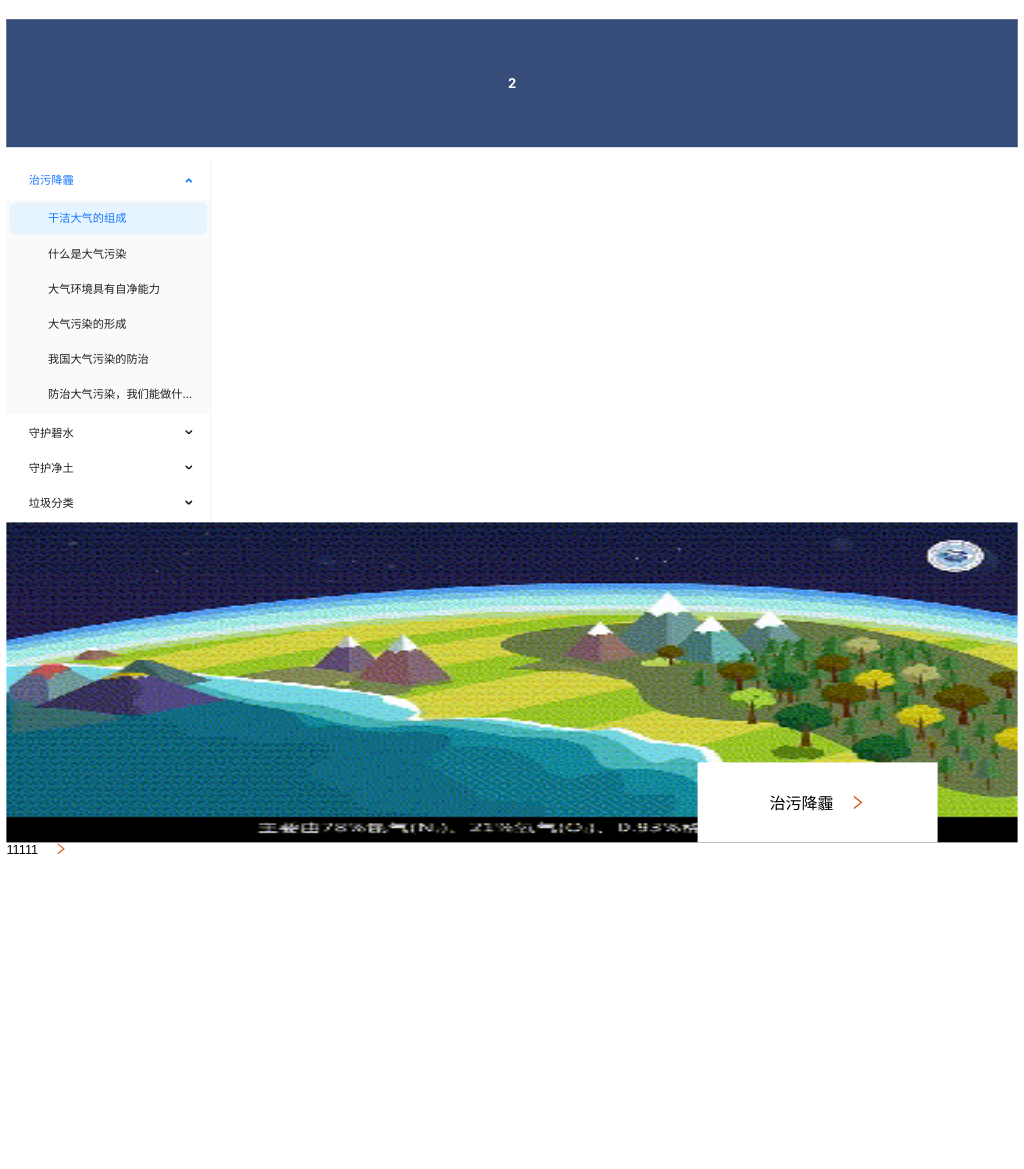
Repository: samllbin/summerWeb
Page: /
These files come from the project's save history. The page is drawn as it stood at one moment and after the next save; the edit follows.
The browser window is 1280 px wide. The pictures show the whole page, at 80% of full size.
The project was rebuilt for these pictures with package versions that can differ from the ones it lists, and the page was loaded fresh each time. Also part of the build but not shown: vite.config.js, components/menu/config.js, components/content/index.module.css, components/content/index.jsx.

Above is the page before, as saved 2024-07-22 15:57:19.

### src/App.jsx
import React, { useState } from "react";
import style from "./assets/index.module.css";
import Carousel from "@components/carousel/index";
import MenuTab from "@components/menu/MenuTab";
import Content from "@components/content";
import Article from "@components/article";

export default function App() {
  const [current, setCurrent] = useState("1");
  return (
    <div>
      <Carousel />
      <div className={style.layout}>
        <MenuTab setCurrent={setCurrent} current={current} />
        {/* <Content /> */}
        <Article type={"all"} />
        <Article type={"right"} />
      </div>
    </div>
  );
}

### src/assets/index.module.css
.layout {
  display: flex;
  flex-direction: column;
}

### components/carousel/index.jsx
import React from "react";
import { Carousel } from "antd";
import style from "./index.module.css";

export default function carousel() {
  return (
    <Carousel autoplay>
      <div>
        <h3 className={style.contentStyle}>1</h3>
      </div>
      <div>
        <h3 className={style.contentStyle}>2</h3>
      </div>
      <div>
        <h3 className={style.contentStyle}>3</h3>
      </div>
      <div>
        <h3 className={style.contentStyle}>4</h3>
      </div>
    </Carousel>
  );
}

### components/menu/MenuTab.jsx
import React from "react";
import { Menu } from "antd";
import { useState } from "react";
import { config } from "./config";

export default function MenuTab({ current, setCurrent }) {
  const onClick = (e) => {
    console.log("click ", e);
    setCurrent(e.key);
  };
  return (
    <div>
      <Menu
        onClick={onClick}
        style={{ width: 256 }}
        defaultOpenKeys={["sub1"]}
        selectedKeys={[current]}
        mode="inline"
        items={config}
      />
    </div>
  );
}

### components/article/index.jsx
import React from "react";
import style from "./index.module.css";
import { RightOutlined } from "@ant-design/icons";

export default function Article({ type, imgURL, title }) {
  return (
    <div className={style.layout}>
      {type === "all" ? (
        <div className={style.allLayout}>
          <img
            src="../../public/大气组成.png"
            alt="article"
            className={style.allImage}
          />
          <div className={style.allTitle}>
            治污降霾
            <RightOutlined style={{ color: "#d55c19", marginLeft: 20 }} />
          </div>
        </div>
      ) : type === "right" ? (
        <div className={style.rightLayout}>
          <img src="" alt="" className={style.rightImage} />
          <div className={style.rightTitle}>
            11111
            <RightOutlined style={{ color: "#d55c19", marginLeft: 20 }} />
          </div>
        </div>
      ) : (
        <div></div>
      )}
    </div>
  );
}

### components/carousel/index.module.css
.contentStyle {
  height: 160px;
  color: #fff;
  line-height: 160px;
  text-align: center;
  background: #364d79;
}

### components/article/index.module.css
.layout {
  display: flex;
  font-family: "宋体", sans-serif;
  height: 400px;
  width: 100%;
}
.allLayout {
  display: flex;
  position: relative;
  width: 100%;
}
.allImage {
  width: 100%;
}

.allTitle {
  display: flex;
  align-items: center;
  justify-content: center;
  position: absolute;
  right: 100px;
  bottom: 0;
  background-color: #fff;
  width: 300px;
  height: 100px;
  font-size: 20px;
  font-weight: 500;
  cursor: pointer;
}

.rightLayout {
  display: flex;
  flex: 1;
}

Loaded but not shown: index.html (common file); src/main.jsx (common file)

After the next save:
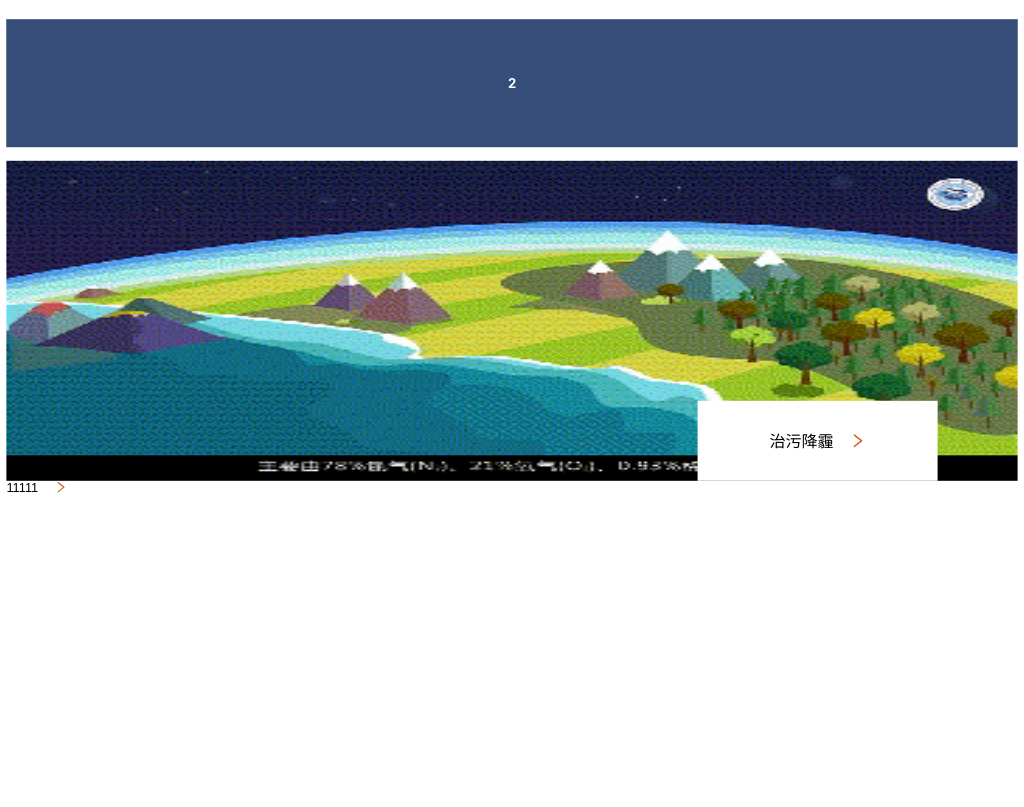
Saved 8 s later.
--- a/src/App.jsx
+++ b/src/App.jsx
@@ -11,7 +11,7 @@ export default function App() {
     <div>
       <Carousel />
       <div className={style.layout}>
-        <MenuTab setCurrent={setCurrent} current={current} />
+        {/* <MenuTab setCurrent={setCurrent} current={current} /> */}
         {/* <Content /> */}
         <Article type={"all"} />
         <Article type={"right"} />
